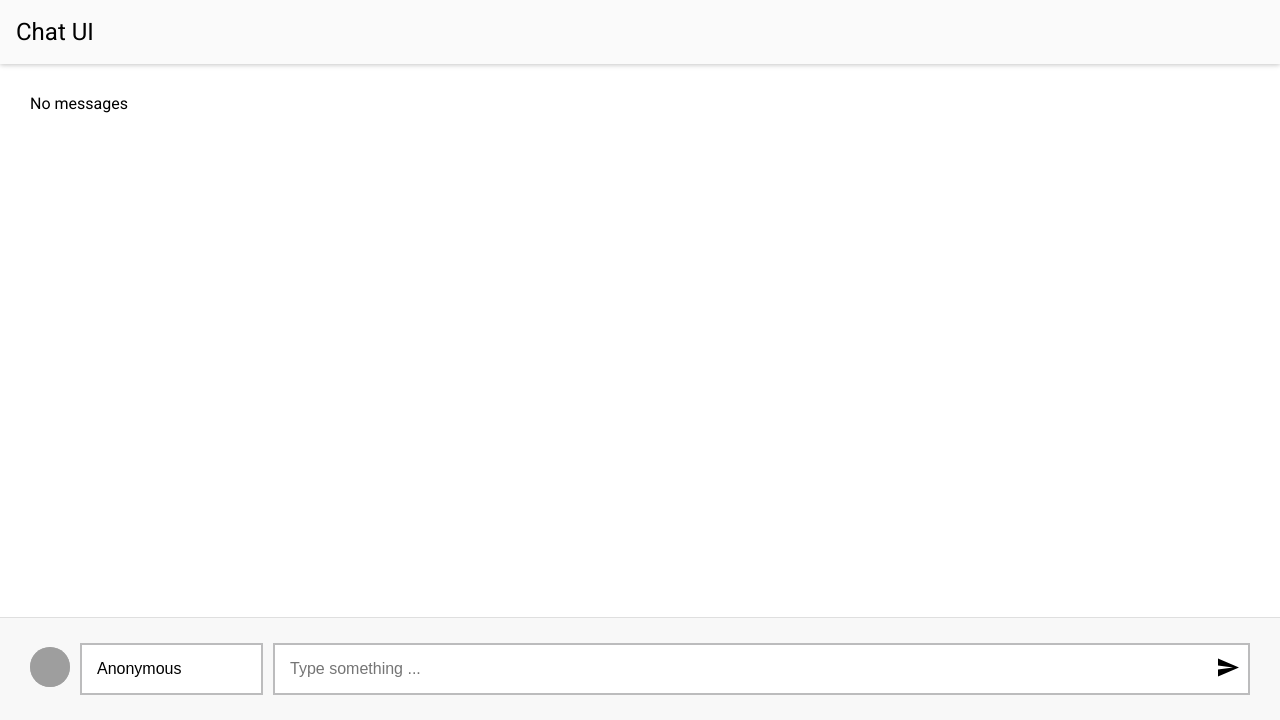
Repository: Faradey27/chat-ui
Page: /
These files come from the project's save history. The page is drawn as it stood at one moment and after the next save; the edit follows.
The browser window is 1280 px wide. The pictures show the whole page.
Pictures or frames that could not be fetched are drawn as grey boxes. The page's requests for data from a server got no answer. The project was rebuilt for these pictures with package versions that can differ from the ones it lists, and the page was loaded fresh each time. No one was signed in, and anything a server would have sent is missing. Also part of the build but not shown: src/components/MessageUsername/MessageUsername.js, src/components/MessageUsername/index.js, src/components/MessageText/MessageText.js, src/components/MessageText/index.js, src/components/MessageDate/MessageDate.js, src/components/MessageDate/index.js, src/components/Message/Message.js.

Above is the page before, as saved 2018-03-03 23:38:03.

### public/index.html
<!DOCTYPE html>
<html lang="en">
  <head>
    <meta charset="utf-8">
    <meta name="viewport" content="width=device-width, initial-scale=1, shrink-to-fit=no">
    <meta name="theme-color" content="#000000">
    <link rel="manifest" href="%PUBLIC_URL%/manifest.json">
    <link rel="shortcut icon" href="%PUBLIC_URL%/favicon.ico">
    <link href="https://fonts.googleapis.com/css?family=Roboto:300,400,700" rel="stylesheet">
    <title>Chat UI</title>
  </head>
  <body>
    <noscript>
      You need to enable JavaScript to run this app.
    </noscript>
    <div id="root"></div>
  </body>
</html>

### src/index.js
import React from 'react';
import ReactDOM from 'react-dom';
import { Provider } from 'react-redux';
import { MuiThemeProvider } from 'material-ui/styles';

import io from "socket.io-client";
import Chat from './containers/Chat';
import configureStore from './data/store/configureStore';
import SocketConnector from './services/SocketConnector';
import StorageConnector from './services/StorageConnector';
import registerServiceWorker from './services/pwa/registerServiceWorker';

import './index.css';

// setuped sockets
const socketIO = io("https://spotim-demo-chat-server.herokuapp.com");
const socket = new SocketConnector({eventName: 'spotim/chat', socket: socketIO});

// setuped redux related things
const storage = new StorageConnector({appName: 'chat-ui-user', storage: window.localStorage}); // localStorage or session storage
const savedUser = storage.getItem('store.user');
const preloadedState = {user: savedUser || {name: 'Anonymous', avatar: ''}};
const reduxStore = configureStore(preloadedState, storage);


ReactDOM.render(
  <Provider store={reduxStore}>
    <MuiThemeProvider>
      <Chat socket={socket}/>
    </MuiThemeProvider>
  </Provider>,
  document.getElementById('root')
);

/*
  As we want to be PWA app, we need to become offline friendly, for this reason we register service worker
*/
registerServiceWorker();

### src/data/store/configureStore.js
if (process.env.NODE_ENV === 'production' || process.env.NODE_ENV === 'test') {
  module.exports = require('./configureStore.prod')
} else {
  module.exports = require('./configureStore.dev')
}

### src/services/SocketConnector.js
import { CHAT_IDENTEFICATOR } from './../config';

const isValidMessage = (message) => message.id && message.text && message.user && message.date;
const isAuthorizedMessage = (message) => message.identificator === CHAT_IDENTEFICATOR;

class SocketConnector {
  eventName = '';
  socket = null;
  connected = false;

  constructor({eventName, socket}) {
    this.eventName = eventName;
    this.socket = socket;
  }

  connect = ({onMessage}) => {
    this.socket.on("connect", () => {
      console.info("connected to chat server!");
      this.connected = true;
    });
    this.socket.on(this.eventName, (message) => this.handleMessage({message, onMessage}));
    this.socket.on("disconnect", () => {
      console.info("disconnected to chat server!");
      this.connected = false;
    });
  }

  handleMessage = ({message, onMessage}) => {
    // as our api services do not have any auth or any client separation, we need to detect somehow just our messages
    if (!isAuthorizedMessage(message)) {
      console.info('We received message from bad guys');
      return -1;
    }
    // we want to skip bad messages
    if (!isValidMessage(message)) {
      console.info('We received invalid message');
      return -1;
    }

    onMessage(message)
  }

  emitMessage(message) {
    this.socket.emit(this.eventName, message);
  }
}

export default SocketConnector;

### src/services/StorageConnector.js
class SocketConnector {
  appName = '';
  storage = null;

  constructor({appName, storage}) {
    this.appName = appName;
    this.storage = storage;
  }

  _getMaskedKey = (key) => `${this.appName}-${key}`;

  setItem(key, value) {
    this.storage.setItem(this._getMaskedKey(key), JSON.stringify(value));
  }

  getItem(key) {
    const item = this.storage.getItem(this._getMaskedKey(key));
    if (!item) {
      return '';
    }

    try {
      return JSON.parse(item);
    } catch (e) {
      throw e;
    }
  }

  removeItem(key) {
    this.storage.removeItem(this._getMaskedKey(key));
  }
}

export default SocketConnector;

### src/services/pwa/registerServiceWorker.js
// In production, we register a service worker to serve assets from local cache.

// This lets the app load faster on subsequent visits in production, and gives
// it offline capabilities. However, it also means that developers (and users)
// will only see deployed updates on the "N+1" visit to a page, since previously
// cached resources are updated in the background.

// To learn more about the benefits of this model, read https://goo.gl/KwvDNy.
// This link also includes instructions on opting out of this behavior.

const isLocalhost = Boolean(
  window.location.hostname === 'localhost' ||
    // [::1] is the IPv6 localhost address.
    window.location.hostname === '[::1]' ||
    // 127.0.0.1/8 is considered localhost for IPv4.
    window.location.hostname.match(
      /^127(?:\.(?:25[0-5]|2[0-4][0-9]|[01]?[0-9][0-9]?)){3}$/
    )
);

export default function register() {
  if (process.env.NODE_ENV === 'production' && 'serviceWorker' in navigator) {
    // The URL constructor is available in all browsers that support SW.
    const publicUrl = new URL(process.env.PUBLIC_URL, window.location);
    if (publicUrl.origin !== window.location.origin) {
      // Our service worker won't work if PUBLIC_URL is on a different origin
      // from what our page is served on. This might happen if a CDN is used to
      // serve assets; see https://github.com/facebookincubator/create-react-app/issues/2374
      return;
    }

    window.addEventListener('load', () => {
      const swUrl = `${process.env.PUBLIC_URL}/service-worker.js`;

      if (isLocalhost) {
        // This is running on localhost. Lets check if a service worker still exists or not.
        checkValidServiceWorker(swUrl);

        // Add some additional logging to localhost, pointing developers to the
        // service worker/PWA documentation.
        navigator.serviceWorker.ready.then(() => {
          console.log(
            'This web app is being served cache-first by a service ' +
              'worker. To learn more, visit https://goo.gl/SC7cgQ'
          );
        });
      } else {
        // Is not local host. Just register service worker
        registerValidSW(swUrl);
      }
    });
  }
}

function registerValidSW(swUrl) {
  navigator.serviceWorker
    .register(swUrl)
    .then(registration => {
      registration.onupdatefound = () => {
        const installingWorker = registration.installing;
        installingWorker.onstatechange = () => {
          if (installingWorker.state === 'installed') {
            if (navigator.serviceWorker.controller) {
              // At this point, the old content will have been purged and
              // the fresh content will have been added to the cache.
              // It's the perfect time to display a "New content is
              // available; please refresh." message in your web app.
              console.log('New content is available; please refresh.');
            } else {
              // At this point, everything has been precached.
              // It's the perfect time to display a
              // "Content is cached for offline use." message.
              console.log('Content is cached for offline use.');
            }
          }
        };
      };
    })
    .catch(error => {
      console.error('Error during service worker registration:', error);
    });
}

function checkValidServiceWorker(swUrl) {
  // Check if the service worker can be found. If it can't reload the page.
  fetch(swUrl)
    .then(response => {
      // Ensure service worker exists, and that we really are getting a JS file.
      if (
        response.status === 404 ||
        response.headers.get('content-type').indexOf('javascript') === -1
      ) {
        // No service worker found. Probably a different app. Reload the page.
        navigator.serviceWorker.ready.then(registration => {
          registration.unregister().then(() => {
            window.location.reload();
          });
        });
      } else {
        // Service worker found. Proceed as normal.
        registerValidSW(swUrl);
      }
    })
    .catch(() => {
      console.log(
        'No internet connection found. App is running in offline mode.'
      );
    });
}

export function unregister() {
  if ('serviceWorker' in navigator) {
    navigator.serviceWorker.ready.then(registration => {
      registration.unregister();
    });
  }
}

### src/index.css
/*
  here we have global styles that need to be applied for whole page(like normalisation)
*/

body {
  margin: 0;
  padding: 0;
  font-family: Roboto;
}

### src/containers/Chat/Chat.js
import React from 'react';
import { func, instanceOf } from 'prop-types';
import { connect } from 'react-redux';
import AppBar from 'material-ui/AppBar';
import { grey50 } from 'material-ui/styles/colors';
import { css } from 'emotion';
import { addMessage } from './../../data/messages/messagesActions';
import SocketConnector from '../../services/SocketConnector';
import MessageCreationArea from './../MessageCreationArea';
import MessageListArea from './../MessageListArea';
import Column from './../../components/Column';

const chatStyles = css`
  height: 100vh;
  display: flex;
  flex-direction: column;
`;

class Chat extends React.Component {
  static propTypes = {
    socket: instanceOf(SocketConnector).isRequired,
    addMessage: func.isRequired, // dispatched action from react-redux
  }

  componentDidMount() {
    this.props.socket.connect({onMessage: this.props.addMessage})
  }

  handleMessageAdd = (message) => this.props.socket.emitMessage(message)

  render() {
    return (
      <div
        className={chatStyles}
        data-hook="chat"
      >
        <AppBar
          titleStyle={{color: 'initial'}}
          style={{ backgroundColor: grey50 }}
          iconElementLeft={<span/>}
          title="Chat UI"
        />
        <Column>
          <MessageListArea />
          <MessageCreationArea onMessageAdd={this.handleMessageAdd}/>
        </Column>
      </div>
    );
  }
}

export default connect(null, { addMessage })(Chat);

### src/data/store/configureStore.dev.js
import { createStore, applyMiddleware } from 'redux';
import { createLogger } from 'redux-logger';
import rootReducer from './rootReducer';
import saveUserToStorageMiddleware from './../middleware/saveUserToStorage';

const configureStore = (preloadedState, storage) => {
  const store = createStore(
    rootReducer,
    preloadedState,
    applyMiddleware(createLogger(), saveUserToStorageMiddleware(storage))
  );

  return store;
}

export default configureStore;

### src/config.js
export const CHAT_IDENTEFICATOR = 'APPLICATION_INDENTIFICATOR_942345';

### src/data/messages/messagesActions.js
export const ADD_MESSAGE = 'ADD_MESSAGE';
export const addMessage = (message) => ({
  type: ADD_MESSAGE,
  message,
})

### src/containers/MessageCreationArea/index.js
export { default } from './MessageCreationArea';

### src/containers/MessageListArea/index.js
export { default } from './MessageListArea';

### src/components/Column/index.js
export {default} from './Column';

### src/data/store/rootReducer.js
import { combineReducers } from 'redux';
import messages from './../messages/messagesReducer';
import user from './../user/userReducer';

const rootReducer = combineReducers({
  messages,
  user,
});

export default rootReducer;

### src/data/middleware/saveUserToStorage.js
import { SET_USER_AVATAR, SET_USER_NAME } from './../user/userActions';

const middleware = (storage) => (store) => (next) => (action) => {
  next(action);

  if (action.type === SET_USER_AVATAR || action.type === SET_USER_NAME) {
    storage.setItem('store.user', store.getState().user);
  }
}

export default middleware;

### src/containers/MessageCreationArea/MessageCreationArea.js
import React from 'react';
import { shape, string, func } from 'prop-types';
import uuidv4 from 'uuid/v4';
import { connect } from 'react-redux';
import { selectUser } from './../../data/user/userSelectors';
import { setUserAvatar, setUsername } from './../../data/user/userActions';
import MessageCreationAreaView from './MessageCreationAreaView';
import { CHAT_IDENTEFICATOR } from './../../config';
import avatars from './../../assets/avatars';

const getRandomAvatar = () => avatars[Math.floor(Math.random() * avatars.length)]

class MessageCreationArea extends React.Component {
  static propTypes = {
    user: shape({ // from redux store
      name: string,
      avatar: string,
    }),
    setUserAvatar: func, // redux action
    setUsername: func, // redux action
    onMessageAdd: func.isRequired,
  }

  state = {
    messageText: '',
  }

  componentDidMount() {
    if (!this.props.user.avatar) {
      this.props.setUserAvatar(getRandomAvatar());
    }
  }

  handleMessageChange = (messageText) => this.setState({messageText})

  handleMessageAdd = () => {
    if (!this.state.messageText) {
      return null;
    }

    this.props.onMessageAdd({
      id: uuidv4(),
      text: this.state.messageText,
      date: Date.now(),
      user: {
        name: this.props.user.name,
        avatar: this.props.user.avatar,
      },
      identificator: CHAT_IDENTEFICATOR
    });

    this.resetMessage();
  }

  resetMessage = () => this.handleMessageChange('')

  render() {
    return (
      <MessageCreationAreaView
        avatar={this.props.user.avatar}
        username={this.props.user.name}
        messageText={this.state.messageText}
        onMessageAdd={this.handleMessageAdd}
        onMessageChange={this.handleMessageChange}
        onUsernameChange={this.props.setUsername}
      />
    );
  }
}

export default connect(
  (state) => ({
    user: selectUser(state)
  }),
  { setUsername, setUserAvatar }
)(MessageCreationArea);

### src/containers/MessageListArea/MessageListArea.js
import React from 'react';
import { array } from 'prop-types';
import { connect } from 'react-redux';
import MessageListAreaView from './MessageListAreaView';
import { selectMessages } from './../../data/messages/messagesSelectors';

class MessageListArea extends React.Component {
  static propTypes = {
    messages: array, // from store
  }

  render() {
    return (
      <MessageListAreaView messages={this.props.messages}/>
    );
  }
}

export default connect((state) => ({ messages: selectMessages(state)}))(MessageListArea);

### src/components/Column/Column.js
import React from 'react';
import { css } from 'emotion';

const columnStyles = css`
  position: relative;
  display: flex;
  flex: 1;
  flex-direction: column;
`;

export default ({children}) => (
  <div className={columnStyles}>
    {children}
  </div>
);

### src/data/messages/messagesReducer.js
import { ADD_MESSAGE } from './messagesActions';

const messages = (state = [], action) => {
  switch (action.type) {
    case ADD_MESSAGE:
      return [...state, action.message];
    default:
      return state;
  }
};

export default messages;

### src/data/user/userReducer.js
import { SET_USER_AVATAR, SET_USER_NAME } from './userActions';

const user = (state = {avatar: '', name: ''}, action) => {
  switch (action.type) {
    case SET_USER_AVATAR:
      return {...state, avatar: action.avatar};
    case SET_USER_NAME:
      return {...state, name: action.name};
    default:
      return state;
  }
};

export default user;

### src/data/user/userActions.js
export const SET_USER_AVATAR = 'SET_USER_AVATAR';
export const setUserAvatar = (avatar) => ({
  type: SET_USER_AVATAR,
  avatar,
})

export const SET_USER_NAME = 'SET_USER_NAME';
export const setUsername = (name) => ({
  type: SET_USER_NAME,
  name,
})

### src/data/user/userSelectors.js
// TODO, in future we could start to use reselect
export const selectUser = (state) => state.user

### src/containers/MessageCreationArea/MessageCreationAreaView.js
import React from 'react';
import { string, func } from 'prop-types';
import { css } from 'emotion';
import UsernameTextField from './../../components/UsernameTextField';
import MessageTextField from './../../components/MessageTextField';
import SendButton from './../../components/SendButton';

const messageAreaStyles = css`
  background-color: #f8f8f8;
  padding: 25px 30px;
  display: flex;
  align-items: center;
  border-top: 1px solid rgba(0, 0, 0, 0.1);
`;

const messageAreaSendStyles = css`
  position: relative;
  width: 100%;
`;

class MessageCreationAreaView extends React.Component {
  static propTypes = {
    avatar: string,
    username: string,
    onMessageAdd: func,
    onMessageChange: func,
    onUsernameChange: func
  }

  handleFormSubmit = (e) => {
    e.preventDefault();
    this.props.onMessageAdd();
  }

  render() {
    return (
      <div
        className={messageAreaStyles}
        data-hook="message-creation-area"
      >
        <UsernameTextField
          avatar={this.props.avatar}
          username={this.props.username}
          onUsernameChange={this.props.onUsernameChange}
        />
        <form
          className={messageAreaSendStyles}
          onSubmit={this.handleFormSubmit}
        >
          <MessageTextField
            messageText={this.props.messageText}
            onMessageChange={this.props.onMessageChange}
          />
          <SendButton />
        </form>
      </div>
    );
  }
}

export default MessageCreationAreaView;

### src/assets/avatars.json
[
  "https://spotim-demo-chat-server.herokuapp.com/avatars/001-snorlax.png",
  "https://spotim-demo-chat-server.herokuapp.com/avatars/002-psyduck.png",
  "https://spotim-demo-chat-server.herokuapp.com/avatars/003-pikachu.png",
  "https://spotim-demo-chat-server.herokuapp.com/avatars/004-jigglypuff.png",
  "https://spotim-demo-chat-server.herokuapp.com/avatars/005-bullbasaur.png"
]

### src/containers/MessageListArea/MessageListAreaView.js
import React from 'react';
import { array } from 'prop-types';
import { css } from 'emotion';

import Message from './../../components/Message';

const messageListStyles = css`
  display: flex;
  flex-direction: column;
  height: 100%;
  overflow-y: auto;
  margin-top: 30px;
  margin-left: 30px;
  margin-right: 30px;
`;

class MessageListAreaView extends React.Component {
  static propTypes = {
    messages: array,
  }

  renderMessages() {
    if (!this.props.messages.length) {
      return <div>No messages</div>
    }

    return this.props.messages.map((message) => <Message key={message.id} message={message}/>);
  }

  render() {
    return (
      <div
        className={messageListStyles}
        data-hook="message-list-area"
      >
        {this.renderMessages()}
      </div>
    );
  }
}

export default MessageListAreaView;

### src/data/messages/messagesSelectors.js
// TODO, in future we could start to use reselect
export const selectMessages = (state) => state.messages

### src/components/UsernameTextField/index.js
export { default } from './UsernameTextField';

### src/components/MessageTextField/index.js
export { default } from './MessageTextField';

### src/components/SendButton/index.js
export { default } from './SendButton';

### src/components/UsernameTextField/UsernameTextField.js
import React from 'react';
import { string, func } from 'prop-types';
import { css } from 'emotion';
import Avatar from './../Avatar';

const usernameStyles = css`
  display: flex;
  align-items: center;
  margin-right: 10px;
`;

const usernameInputStyles = css`
  font-size: 16px;
  border: 2px solid rgba(160,160,162,.7);
  padding: 15px;
  margin-left: 10px;
  outline: none;
  min-width: 120px;
  width: 100%;
`;

class UsernameTextField extends React.Component {
  static propTypes = {
    avatar: string,
    username: string,
    onUsernameChange: func.isRequired
  }

  handleUsernameChange = (e) => this.props.onUsernameChange(e.target.value)

  render() {
    return (
      <div
        className={usernameStyles}
        data-hook="username-text-field"
      >
        <Avatar avatar={this.props.avatar}/>
        <input
          className={usernameInputStyles}
          data-hook="username-text-field-input"
          value={this.props.username}
          onChange={this.handleUsernameChange}
        />
      </div>
    );
  }
}

export default UsernameTextField;

### src/components/MessageTextField/MessageTextField.js
import React from 'react';
import { string, func } from 'prop-types';
import { css } from 'emotion';

const textAreaStyles = css`
  font-size: 16px;
  border: 2px solid rgba(160,160,162,.7);
  width: 100%;
  padding: 15px;
  padding-right: 45px;
  outline: none;
  min-width: 250px;
`;

const textAreaWrapStyles = css`
  display: flex;
`;

class MessageTextField extends React.Component {
  static propTypes = {
    messageText: string,
    onMessageChange: func.isRequired,
  }

  componentDidMount() {
    this.inputNode.focus();
  }

  handleMessageChange = (e) => {
    this.props.onMessageChange(e.target.value);
  }

  render() {
    return (
      <div
        data-hook="message-text-field"
        className={textAreaWrapStyles}
      >
        <input
          ref={(node) => this.inputNode = node}
          data-hook="message-text-field-textarea"
          placeholder="Type something ..."
          className={textAreaStyles}
          value={this.props.messageText}
          onChange={this.handleMessageChange}
        />
      </div>
    );
  }
}

export default MessageTextField;

### src/components/SendButton/SendButton.js
import React from 'react';
import { func } from 'prop-types';
import { css } from 'emotion';

const sendButtonStyles = css`
  position: absolute;
  right: 10px;
  top: 50%;
  transform: translateY(-50%);
  background: transparent;
  border: none;
  padding: 0;
`;

class SendButton extends React.Component {
  static propTypes = {
    onClick: func,
  }

  render() {
    return (
      <div
        data-hook="send-button"
      >
        <button
          type="submit"
          className={sendButtonStyles}
          data-hook="send-button-el"
          onClick={this.props.onClick}
        >
          <svg
            height="24"
            width="24"
            viewBox="0 0 48 48"
          >
            <path d="M4.02 42l41.98-18-41.98-18-.02 14 30 4-30 4z"/>
            <path d="M0 0h48v48h-48z" fill="none"/>
          </svg>
        </button>
      </div>
    );
  }
}

export default SendButton;

### src/components/Avatar/Avatar.js
import React from 'react';
import Avatar from 'material-ui/Avatar';

export default ({avatar}) => (
  <div data-hook="avatar">
    <Avatar src={avatar}/>
  </div>
);

Loaded but not shown: src/containers/Chat/index.js (common file); src/components/Message/index.js (common file); src/components/Avatar/index.js (common file)

After the next save:
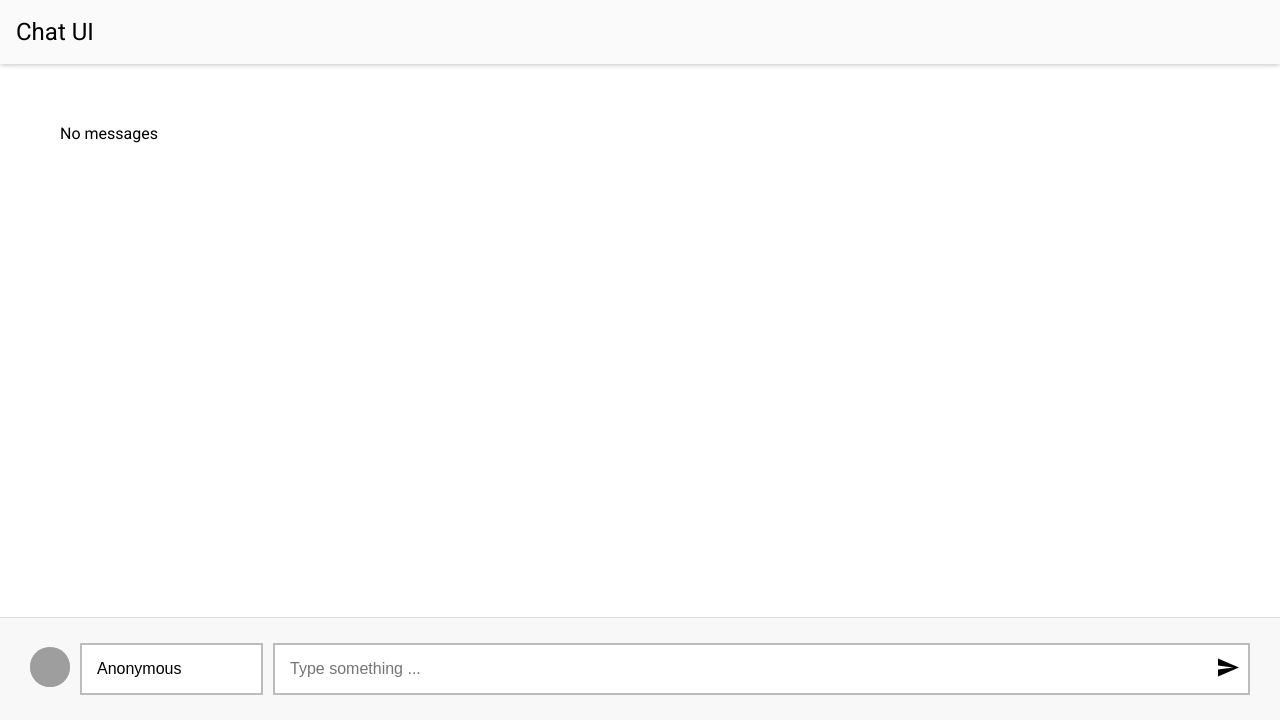
Saved 16 s later.
--- a/src/containers/MessageListArea/MessageListAreaView.js
+++ b/src/containers/MessageListArea/MessageListAreaView.js
@@ -14,6 +14,16 @@ const messageListStyles = css`
   margin-right: 30px;
 `;
 
+const emptyStyle = css`
+  display: flex;
+  flex-direction: column;
+  height: 100%;
+  overflow-y: auto;
+  margin-top: 30px;
+  margin-left: 30px;
+  margin-right: 30px;
+`;
+
 class MessageListAreaView extends React.Component {
   static propTypes = {
     messages: array,
@@ -21,7 +31,7 @@ class MessageListAreaView extends React.Component {
 
   renderMessages() {
     if (!this.props.messages.length) {
-      return <div>No messages</div>
+      return <div className={emptyStyle}>No messages</div>
     }
 
     return this.props.messages.map((message) => <Message key={message.id} message={message}/>);
